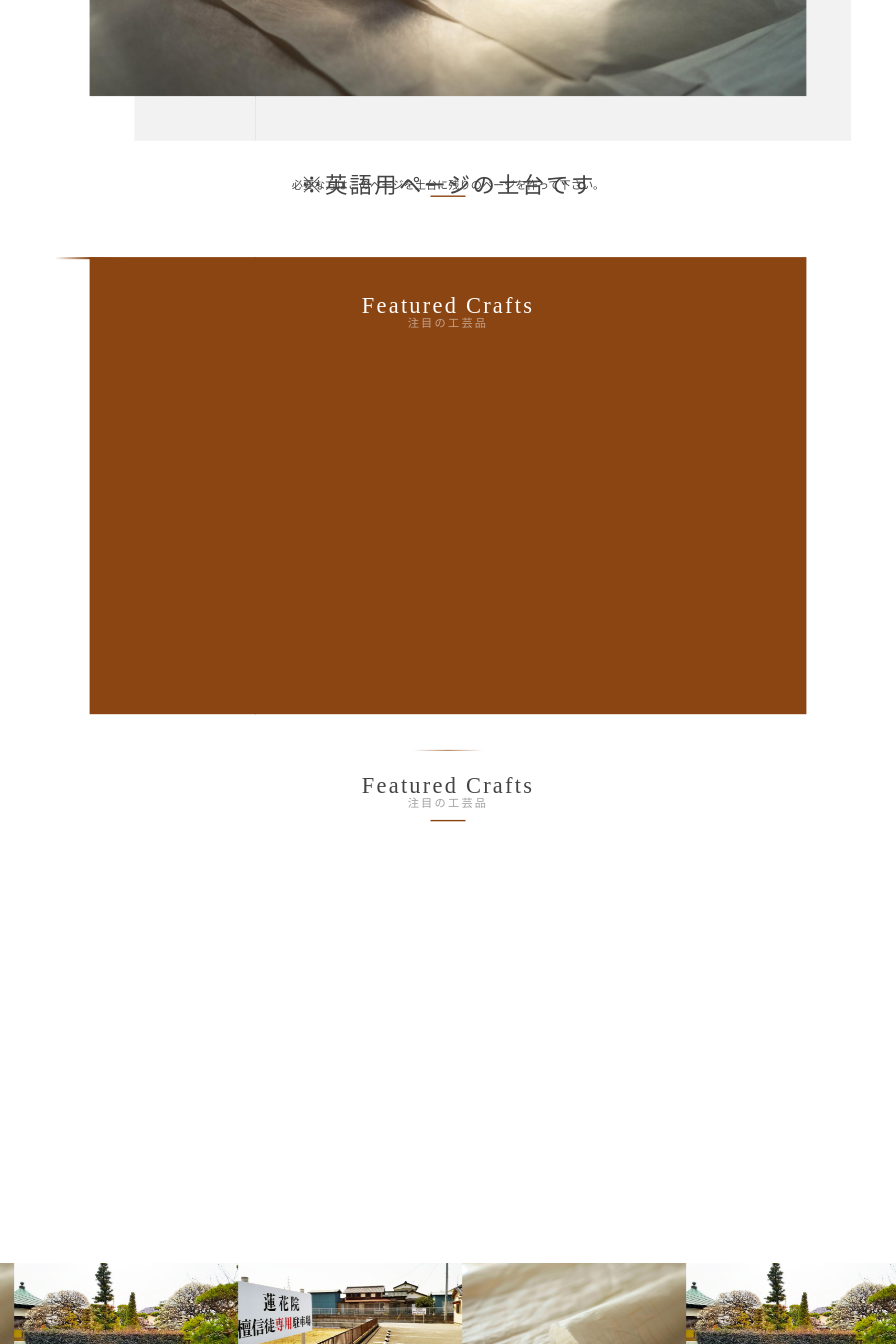
Repository: owl-onoueip/rengein-website
Page: index_en.html
These files come from the project's save history. The page is drawn as it stood at one moment and after the next save; the edit follows.
The browser window is 1280 px wide. The pictures show the part of the page from y = 1835 to 3755 px (the page is 4620 px tall before and 4654 px after), at 70% of full size.
Some web fonts or font styles are not loaded; a fallback is used.

Above is the page before, as saved 2025-03-09 15:42:23.

After the next save:
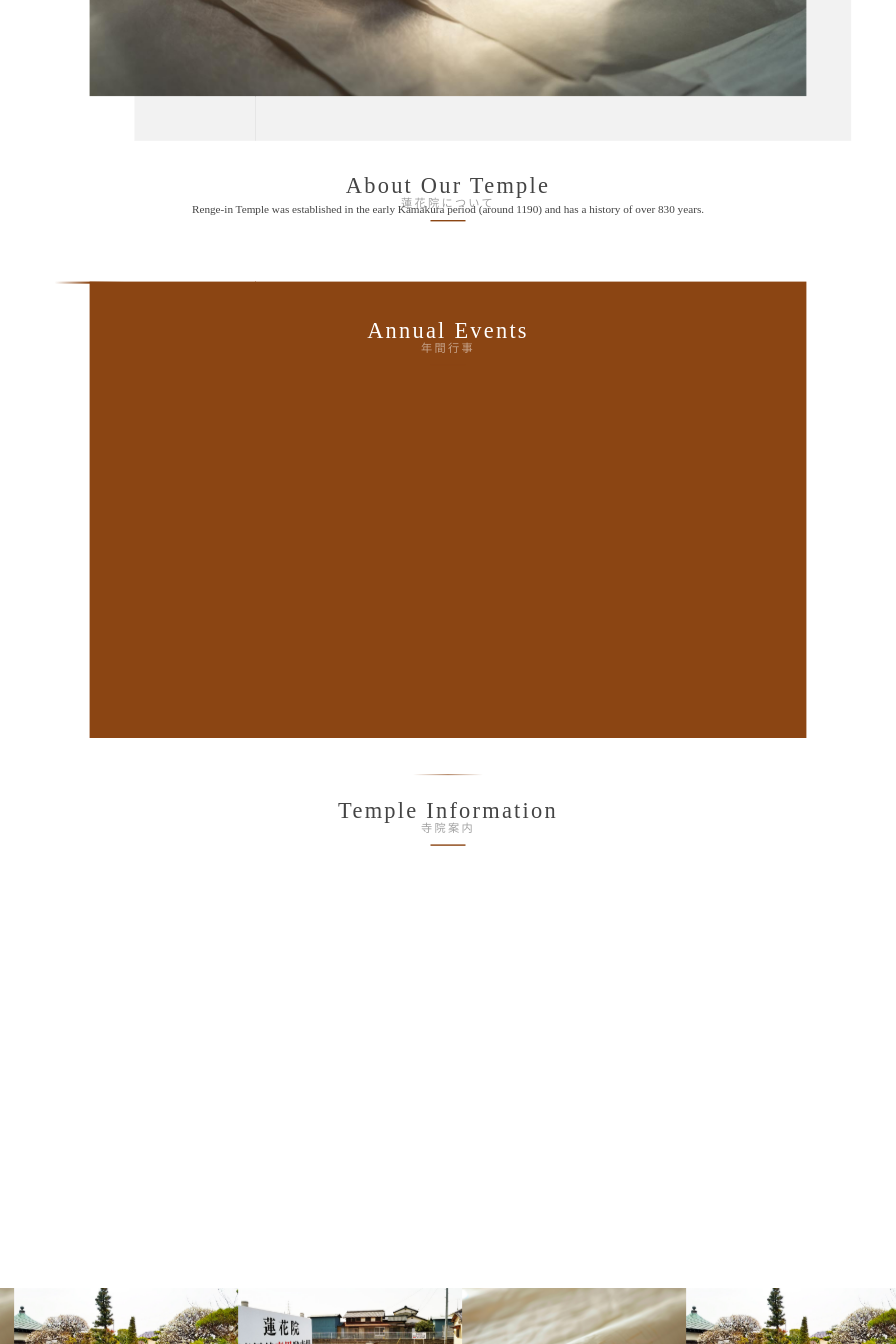
Saved 105 s later.
--- a/index_en.html
+++ b/index_en.html
@@ -45,43 +45,45 @@
 
 				<section>
 
-					<h2>※英語用ページの土台です</h2>
-					<p class="c">必要な方はこのページを土台に残りのページを作って下さい。</p>
+					<h2>About Our Temple<span class="small">蓮花院について</span></h2>
+					<p class="c">Renge-in Temple was established in the early Kamakura period (around 1190) and has a
+						history of over 830 years.</p>
 
 				</section>
 
 				<section class="bg1">
 
-					<h2>Featured Crafts<span class="small">注目の工芸品</span></h2>
+					<h2>Annual Events<span class="small">年間行事</span></h2>
 
 					<div class="list-grid1">
 
 						<div class="list blur">
-							<figure><a href="#"><img src="images/sample1.jpg" alt=""></a></figure>
-							<div class="text">
-								<h4>Title</h4>
-								<p>We will include a brief description of the featured crafts.<br>
-									Sample text.Sample text.Sample text.Sample text.</p>
-							</div>
-							<p class="btn"><a href="#">See more</a></p>
-						</div>
-
-						<div class="list blur">
-							<figure><a href="#"><img src="images/sample2.jpg" alt=""></a></figure>
-							<div class="text">
-								<h4>Title</h4>
-								<p>We will include a brief description of the featured crafts.<br>
-									Sample text.Sample text.Sample text.Sample text.</p>
-							</div>
-							<p class="btn"><a href="#">See more</a></p>
-						</div>
-
-						<div class="list blur">
-							<figure><a href="#"><img src="images/sample3.jpg" alt=""></a></figure>
-							<div class="text">
-								<h4>Title</h4>
-								<p>We will include a brief description of the featured crafts.<br>
-									Sample text.Sample text.Sample text.Sample text.</p>
+							<figure><a href="#"><img src="images/sample1.jpg" alt="Obon Festival"></a></figure>
+							<div class="text">
+								<h4>Obon Festival</h4>
+								<p>From August 13th to 16th, we hold memorial services for ancestors. Please visit with
+									your family for spirit altar decorations and grave visits.</p>
+							</div>
+							<p class="btn"><a href="#">See more</a></p>
+						</div>
+
+						<div class="list blur">
+							<figure><a href="#"><img src="images/sample2.jpg" alt="Segaki Service"></a></figure>
+							<div class="text">
+								<h4>Segaki Service</h4>
+								<p>On August 15th, we hold a memorial service for the souls of the deceased who have no
+									living relatives to remember them and pray for world peace.</p>
+							</div>
+							<p class="btn"><a href="#">See more</a></p>
+						</div>
+
+						<div class="list blur">
+							<figure><a href="#"><img src="images/sample3.jpg" alt="Monthly Memorial Service"></a>
+							</figure>
+							<div class="text">
+								<h4>Monthly Memorial Service</h4>
+								<p>On the 1st and 15th of each month, we hold memorial services for ancestors and pray
+									for the health of your family.</p>
 							</div>
 							<p class="btn"><a href="#">See more</a></p>
 						</div>
@@ -93,36 +95,36 @@
 
 				<section>
 
-					<h2>Featured Crafts<span class="small">注目の工芸品</span></h2>
+					<h2>Temple Information<span class="small">寺院案内</span></h2>
 
 					<div class="list-grid1">
 
 						<div class="list blur">
-							<figure><a href="#"><img src="images/sample1.jpg" alt=""></a></figure>
-							<div class="text">
-								<h4>Title</h4>
-								<p>We will include a brief description of the featured crafts.<br>
-									Sample text.Sample text.Sample text.Sample text.</p>
-							</div>
-							<p class="btn"><a href="#">See more</a></p>
-						</div>
-
-						<div class="list blur">
-							<figure><a href="#"><img src="images/sample2.jpg" alt=""></a></figure>
-							<div class="text">
-								<h4>Title</h4>
-								<p>We will include a brief description of the featured crafts.<br>
-									Sample text.Sample text.Sample text.Sample text.</p>
-							</div>
-							<p class="btn"><a href="#">See more</a></p>
-						</div>
-
-						<div class="list blur">
-							<figure><a href="#"><img src="images/sample3.jpg" alt=""></a></figure>
-							<div class="text">
-								<h4>Title</h4>
-								<p>We will include a brief description of the featured crafts.<br>
-									Sample text.Sample text.Sample text.Sample text.</p>
+							<figure><a href="#"><img src="images/sample1.jpg" alt="Temple Services"></a></figure>
+							<div class="text">
+								<h4>Temple Services</h4>
+								<p>We offer various services including memorial services for ancestors and prayers for
+									family health. Please feel free to contact us.</p>
+							</div>
+							<p class="btn"><a href="#">See more</a></p>
+						</div>
+
+						<div class="list blur">
+							<figure><a href="#"><img src="images/sample2.jpg" alt="Temple Grounds"></a></figure>
+							<div class="text">
+								<h4>Temple Grounds</h4>
+								<p>Our temple grounds include the main hall, pagoda, bell tower, and garden. Enjoy the
+									peaceful atmosphere surrounded by nature throughout the seasons.</p>
+							</div>
+							<p class="btn"><a href="#">See more</a></p>
+						</div>
+
+						<div class="list blur">
+							<figure><a href="#"><img src="images/sample3.jpg" alt="Access Information"></a></figure>
+							<div class="text">
+								<h4>Access Information</h4>
+								<p>Located in Kuki City, Saitama Prefecture. 20 minutes walk from Kuki Station on the
+									Tobu Isesaki Line, or 10 minutes by car from Kuki IC on the Tohoku Expressway.</p>
 							</div>
 							<p class="btn"><a href="#">See more</a></p>
 						</div>
@@ -142,15 +144,15 @@
 
 	<section>
 
-		<h2 class="dn">ギャラリー</h2>
+		<h2 class="dn">Gallery</h2>
 
 		<div class="thumbnail-slide">
-			<a href="#"><img src="images/sample1.jpg" alt=""></a>
-			<a href="#"><img src="images/sample2.jpg" alt=""></a>
-			<a href="#"><img src="images/sample3.jpg" alt=""></a>
-			<a href="#"><img src="images/sample1.jpg" alt=""></a>
-			<a href="#"><img src="images/sample2.jpg" alt=""></a>
-			<a href="#"><img src="images/sample3.jpg" alt=""></a>
+			<a href="#"><img src="images/sample1.jpg" alt="Temple Main Hall"></a>
+			<a href="#"><img src="images/sample2.jpg" alt="Temple Garden"></a>
+			<a href="#"><img src="images/sample3.jpg" alt="Temple Bell"></a>
+			<a href="#"><img src="images/sample1.jpg" alt="Temple Pagoda"></a>
+			<a href="#"><img src="images/sample2.jpg" alt="Cherry Blossoms"></a>
+			<a href="#"><img src="images/sample3.jpg" alt="Autumn Leaves"></a>
 		</div>
 
 	</section>
